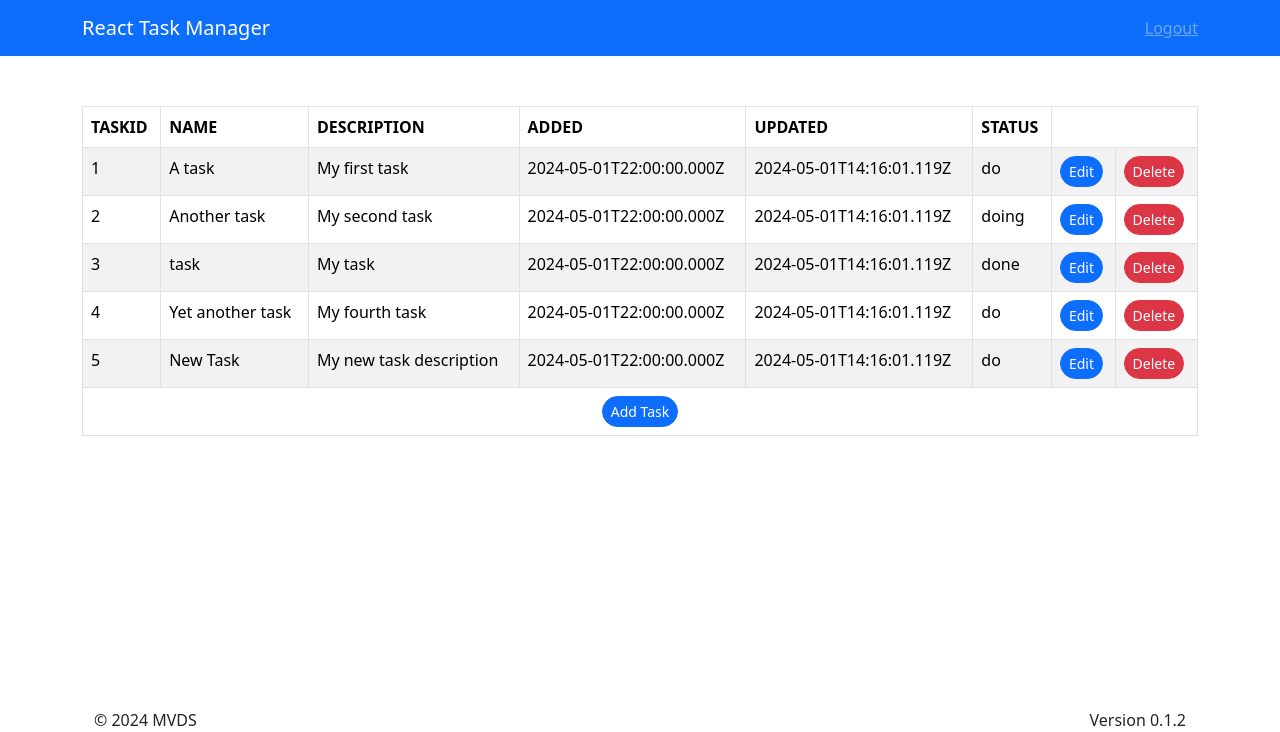
Repository: trider/react-task-manager
Page: /#/tasks
The author's editor kept a copy of each file at every save. The page is drawn from the files as they stood at one save, then again after the next save.
The browser window is 1280 px wide. The pictures show the whole page.
The project was rebuilt for these pictures with package versions that can differ from the ones it lists, and the page was loaded fresh each time. Also part of the build but not shown: src/App.css, src/data/_Users.js, src/pages/Login.js.

Above is the page before, as saved 2024-05-07 18:05:47.

After the next save:
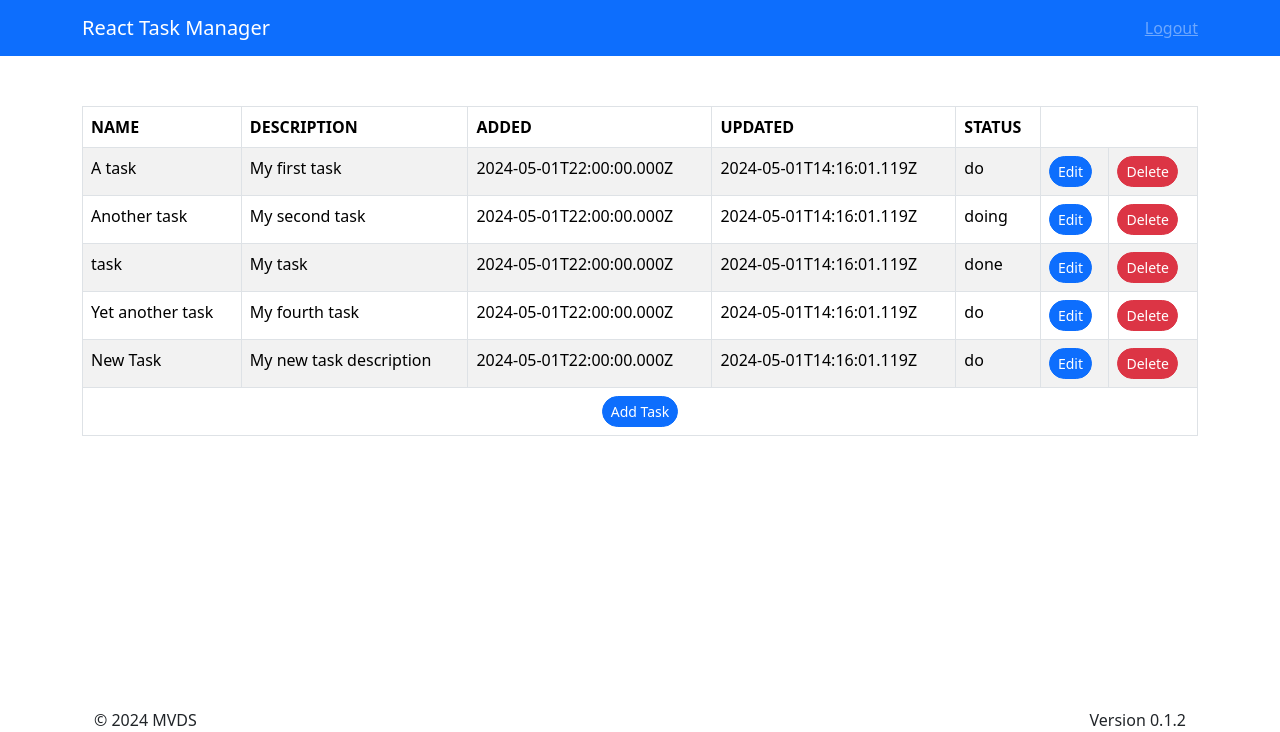
Saved 62 s later.
--- a/src/data/_Cols.js
+++ b/src/data/_Cols.js
@@ -1,5 +1,4 @@
 const tableCols = [
- 'taskId',
  'name',
  'description',
  'added',
